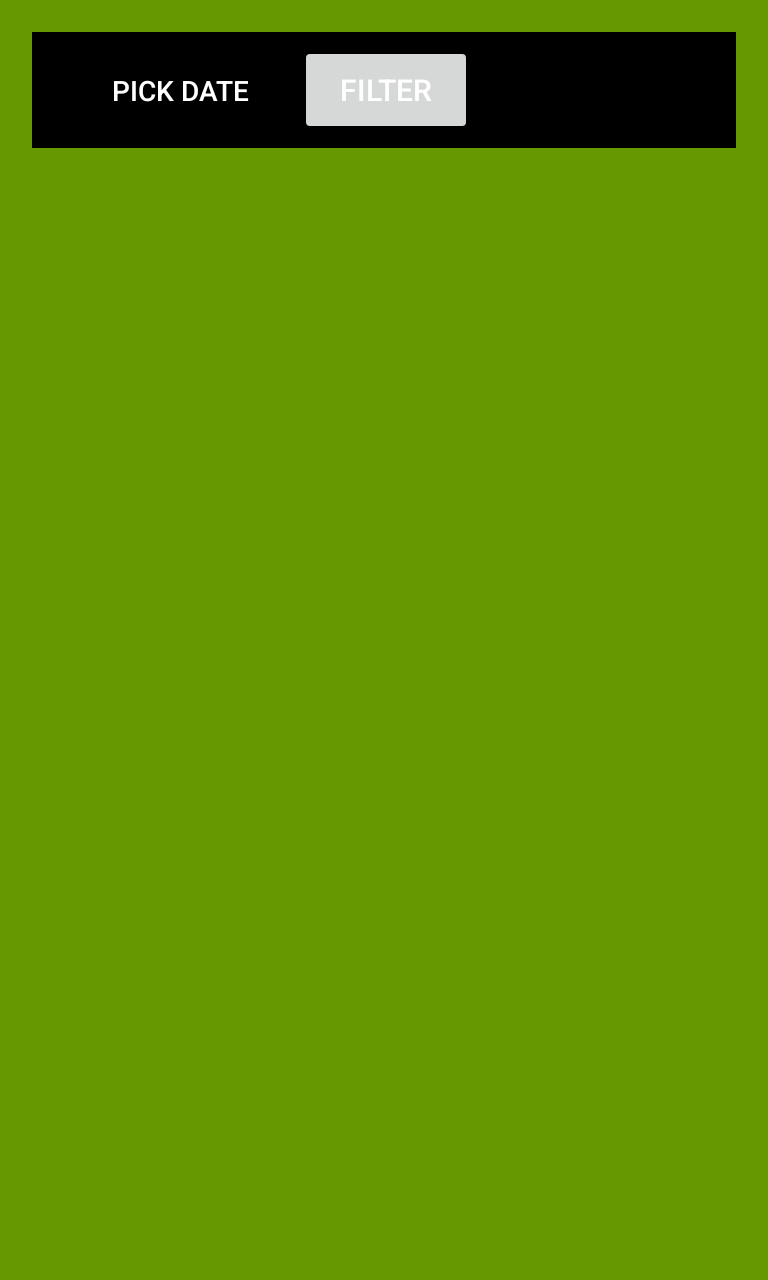
Repository: bwoldemi/LilyTrans
Layout: TransLily/res/layout/activity_my_post_rides.xml
An editor plug-in stored every save of this project. The layout is shown before and after the next save, followed by the edit.
It is drawn on a 768 x 1280 px phone screen (xhdpi) without system bars, with theme AppTheme; the app's code is not run. Lists and similar views that code fills are empty.

Above is the layout before, as saved 2014-11-10 10:20:56.

### TransLily/res/layout/activity_my_post_rides.xml
<LinearLayout xmlns:android="http://schemas.android.com/apk/res/android"
    xmlns:tools="http://schemas.android.com/tools"
    android:layout_width="match_parent"
    android:layout_height="match_parent"
    android:background="#669900"
    android:orientation="vertical"
    android:paddingBottom="@dimen/activity_vertical_margin"
    android:paddingLeft="@dimen/activity_horizontal_margin"
    android:paddingRight="@dimen/activity_horizontal_margin"
    android:paddingTop="@dimen/activity_vertical_margin"
    tools:context="com.example.translily.MainActivity" >

    <LinearLayout
        android:layout_width="fill_parent"
        android:layout_height="wrap_content"
        android:background="@color/background_filter_layout"
        android:orientation="horizontal"
        android:padding="5sp" >

        <TextView
            android:id="@+id/datetv_my_post_ride"
            android:layout_width="wrap_content"
            android:layout_height="wrap_content"
            android:layout_marginLeft="10sp"
            android:background="@color/backgroundFrom"
            android:textColor="#FFF"
            android:textSize="12sp" />

        <Button
            android:id="@+id/date_picker_my_post"
            android:layout_width="wrap_content"
            android:layout_height="wrap_content"
            android:layout_marginLeft="15sp"
            android:layout_marginRight="15sp"
            android:background="?android:attr/selectableItemBackground"
            android:onClick="showDatePickerDialogMYPost"
            android:text="@string/pick_date"
            android:textColor="#FFF" />

        <Button
            android:layout_width="wrap_content"
            android:layout_height="wrap_content"
            android:onClick="retivePostRides"
            android:text="@string/sort_rides"
            android:textColor="#FFF"
            android:textSize="15sp" />
    </LinearLayout>

    <ListView
        android:id="@+id/my_posted_list"
        android:layout_width="wrap_content"
        android:layout_height="wrap_content" />

</LinearLayout>

### TransLily/res/values/strings.xml
<?xml version="1.0" encoding="utf-8"?>
<resources>

    <string name="app_name">TransLily</string>
    <string name="hello_world">Hello world!</string>
    <string name="action_settings">Settings</string>
    <string name="lily">LILY Transportation </string>
    <string name="from">From: </string>
    <string name="starting_location">Enter starting point</string>
    <string name="destination_point">To: </string>
    <string name="ending_location">Enter your destination</string>
    <string name="senior_name"> Name: </string>
    <string name="typein_name"> Enter your full name here</string>
    <string name="contact_info"> Phone Number: </string>
    <string name="phone_number"> e.g 0458749818 </string>
    <string name="button_askride"> Search rides</string>
    <string name="button_offerride"> Offer ride</string>
    <string name="pick_time"> Pick time </string>
    <string name="pick_date"> Pick date </string>
    <string name="title_activity_ask_ride">Ask Ride Page</string>
    <string name="title_activity_booked_ride">BookedRideActivity</string>
    <string name="show_my_booked_rides">Show my booked rides</string>
    <string name="title_activity_post_ride">Post Ride Page</string>
    <string name="search_ride">Search ride </string>
    <string name="post_ride">Post ride </string>
    <string name="My_request_rides">My requests </string>
    <string name="My_Post_rides">My posts </string>
    <string name="welcome_message">Welcome To Lily Transport </string>
    <string name="service_provider">Service provider </string>
    <string name="taxi_id">Taxi id</string>
    <string name="starting_point">Starting point</string>
    <string name="destination"> Destination </string>
    <string name="date"> Date </string>
    <string name="number_of_person">Number of Person</string>
    <string name="comment">Comment </string>
    <string name="title_activity_my_post_rides">My Post Rides Page</string>
    <string name="title_activity_reserved_post_rides">ReservedPostRides</string>
    <string name="cancel">Cancel</string>
    <string name="approve">Approve</string>
    <string name="save">Save</string>
    <string name="please_enter_name_phone"> Please eneter your name and phonenumber</string>
    <string name="full_name">Full Name</string>
    <string name="com.lily.pre">com.lily.pre</string>
    <string name="save_changes">Save Changes</string>
    <string name="change_your_data">Change your data</string>
    <string name="sort_rides">Filter</string>
    <string name="filer_by_date">Filter by date </string>

    <color name="text_color">#FFF</color>
    <color name="background">#669900</color>
    <color name="backgroundFrom">#000099</color>
	<color name="background_filter_layout">#000</color>
    <string name="title_activity_basic_info">BasicInfoActivity</string>
    <string name="title_activity_setting">Setting</string>

    <string-array name="service_providers">
        <item>Taxi</item>
        <item>Voulunter</item>
    </string-array>

</resources>

Loaded but not shown: TransLily/res/values/styles.xml (common file); TransLily/res/values-v11/styles.xml (common file); TransLily/res/values-v14/styles.xml (common file); TransLily/res/values/dimens.xml (common file); TransLily/res/values-w820dp/dimens.xml (common file)

After the next save:
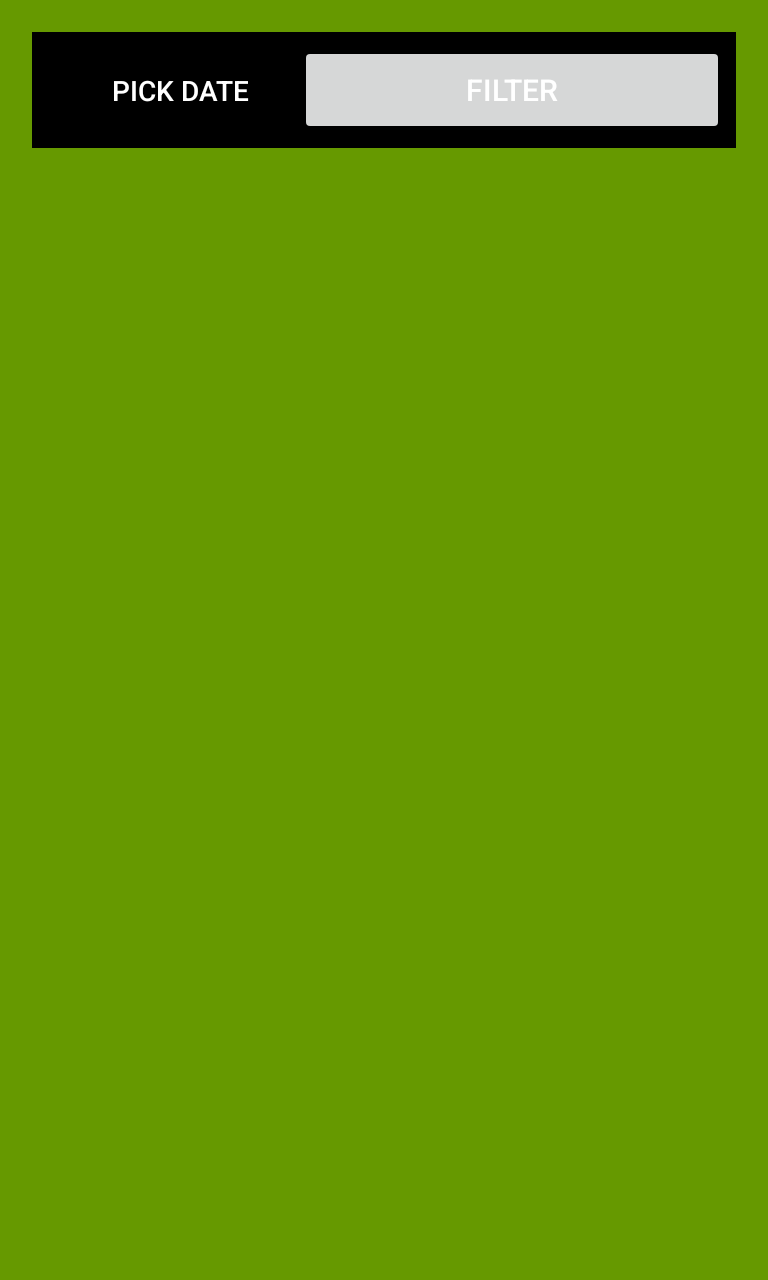
Saved 18 min 49 s later.
--- a/TransLily/res/layout/activity_my_post_rides.xml
+++ b/TransLily/res/layout/activity_my_post_rides.xml
@@ -24,7 +24,7 @@
             android:layout_marginLeft="10sp"
             android:background="@color/backgroundFrom"
             android:textColor="#FFF"
-            android:textSize="12sp" />
+            android:textSize="20sp" />
 
         <Button
             android:id="@+id/date_picker_my_post"
@@ -38,7 +38,7 @@
             android:textColor="#FFF" />
 
         <Button
-            android:layout_width="wrap_content"
+            android:layout_width="fill_parent"
             android:layout_height="wrap_content"
             android:onClick="retivePostRides"
             android:text="@string/sort_rides"
